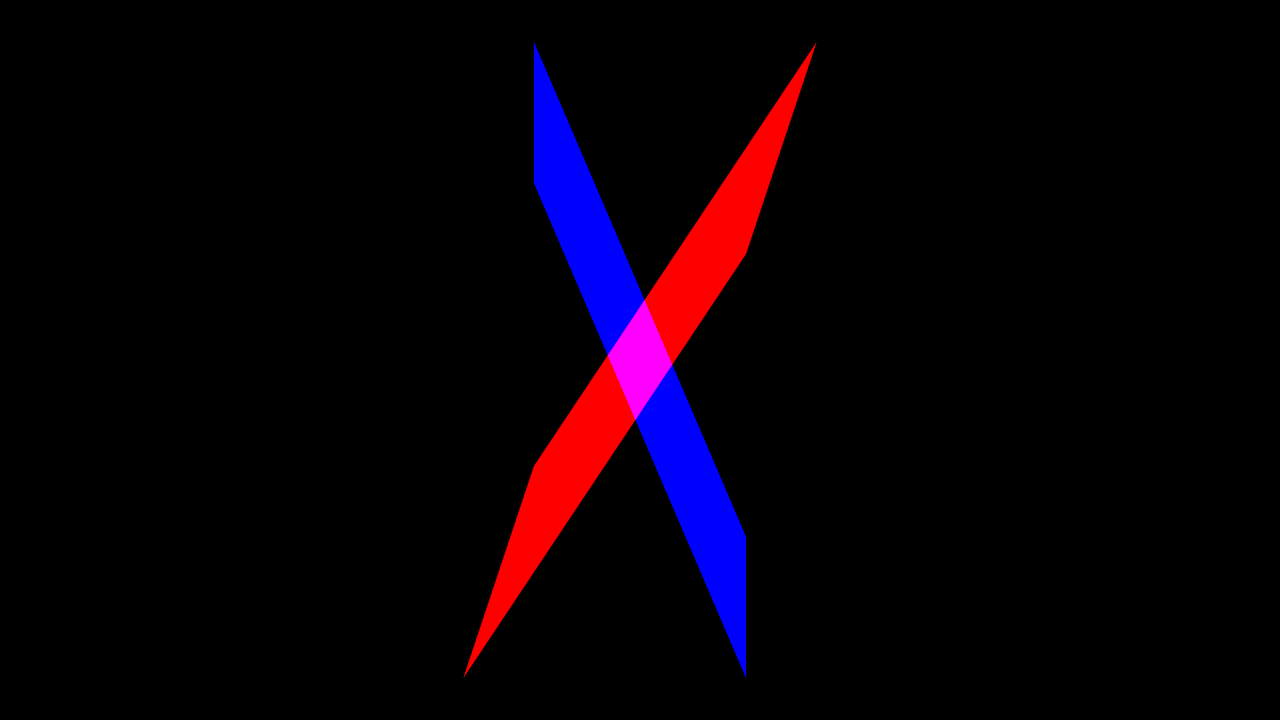
Repository: tourn171/canvasBlogAssets
Page: Chapter1/Chapter1 Ex/EX4/ex4.html
The author's editor kept a record of every edit. The page is drawn from the files as they stood at one moment, then again after the next edit.
The browser window is 1280 px wide. The pictures show the whole page.

Above is the page before.

### Chapter1/Chapter1 Ex/EX4/ex4.html
<!DOCTYPE html>
<html>
    <head>
        <link rel="stylesheet" href="../ex.css" type="text/css" />
    </head>
    <body>
        <canvas id="canvas">No Canvas Support. Get a modern browser try this one: <a href="https://www.mozilla.org/en-US/firefox/new/">Mozilla Firefox</a></canvas>
        <script type="text/javascript" src="ex4.js"></script>
    </body>
</html>

### Chapter1/Chapter1 Ex/EX4/ex4.js
var canvas = document.getElementById('canvas').getContext('2d');

var W = window.innerWidth,
    H = window.innerHeight;


canvas.canvas.width = W;
canvas.canvas.height = H;

canvas.fillStyle = "black";
canvas.fillRect(0,0,W,H);

canvas.fillStyle = "red";
canvas.save();
canvas.translate(W/2 , H/2);
canvas.rotate(45 * Math.PI / 180);


canvas.save();

canvas.transform(1,2,1,5,0,0);

canvas.fillRect(-50,-50,100,100);
canvas.restore();
canvas.save();
canvas.globalCompositeOperation = "lighter";
canvas.transform(1,1, 5,2,0,0);
canvas.fillStyle = "blue";
canvas.fillRect(-50, -50, 100,100);

Loaded but not shown: Chapter1/Chapter1 Ex/ex.css (common file)

After the next edit:
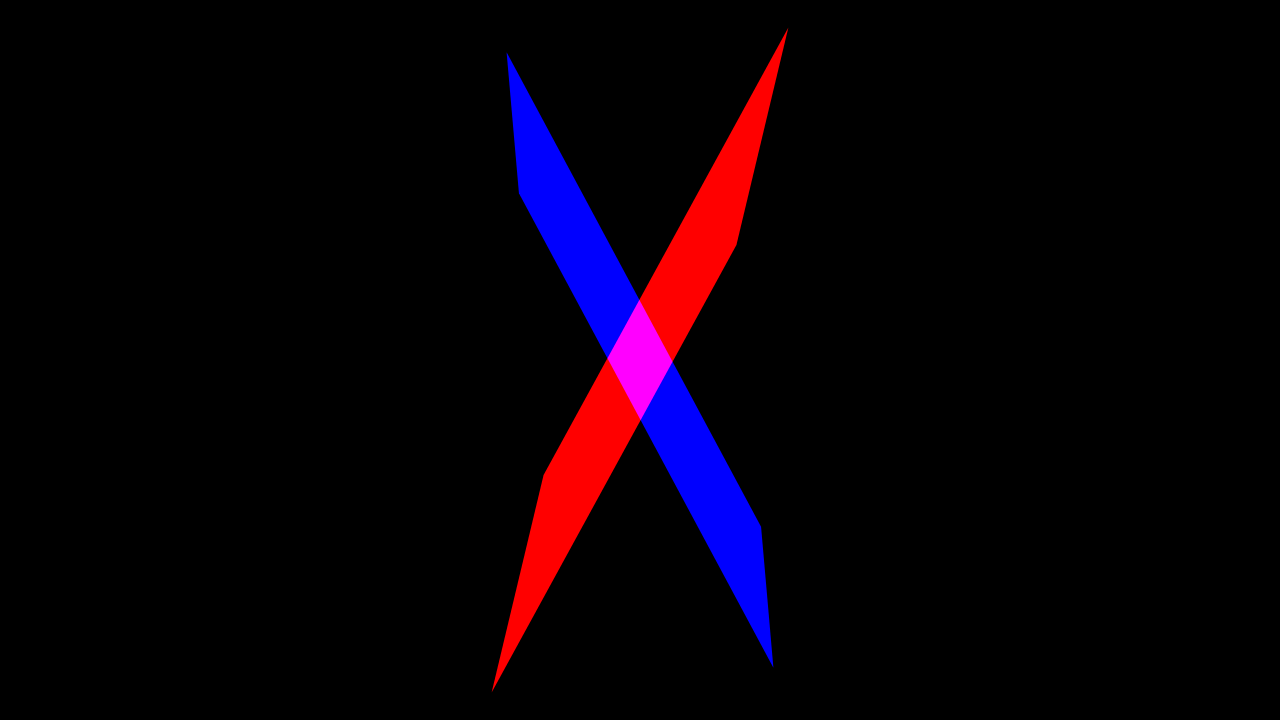
The edit:
--- a/Chapter1/Chapter1 Ex/EX4/ex4.js
+++ b/Chapter1/Chapter1 Ex/EX4/ex4.js
@@ -13,7 +13,7 @@
 canvas.fillStyle = "red";
 canvas.save();
 canvas.translate(W/2 , H/2);
-canvas.rotate(45 * Math.PI / 180);
+canvas.rotate(40 * Math.PI / 180);
 
 
 canvas.save();
